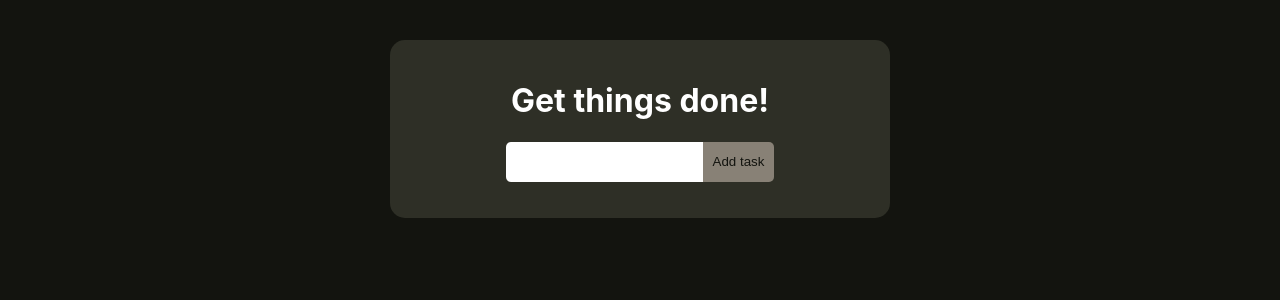
Repository: Karisya/ToDo
Page: /
An editor plug-in stored every save of this project. The page is shown before and after the next save, followed by the edit.
The browser window is 1280 px wide. The pictures show the whole page.
The project was rebuilt for these pictures with package versions that can differ from the ones it lists, and the page was loaded fresh each time.

Above is the page before, as saved 2023-10-20 16:45:02.

### src/App.js
import React, { useState } from "react";
import  {TodoList} from "./TodoList"
import { v4 as uuidv4 } from 'uuid';
import './App.css'
import { TodoInput } from "./TodoInput";

const App = () => {
  const [todo, setToDo] = useState('')
  const [todos, setToDos] = useState([])
  const [edit, setEdit] = useState(null)
  const [editingText, setEditingText] = useState('')
  const sendTodo = (event) => {
    setToDo(event.target.value)
  }
  const deleteToDo = (itemIndex) => {
    const newList = todos.filter((i,index) => itemIndex !== index)
    setToDos(newList)
  }
  const handleSubmit = (e) => {
    e.preventDefault();
    const newTodos = {
      key: uuidv4(),
      text: todo,
      isCompleted: false,
    }
    if (todo !== '')
      setToDos([...todos].concat(newTodos))
  }
  const completed = (id) => {
    const newTodos = [...todos].map(i => {
      if (i.key === id) {
        i.isCompleted = !i.isCompleted
      }
      return i
    })
    setToDos(newTodos)
  }
  const submitEdits=(id)=> {
    const updatedTodos = [...todos].map((todo) => {
      if (todo.key === id) {
        todo.text = editingText;
      }
      return todo;
    });
    setToDos(updatedTodos);
    setEdit(null);
  }
  const setValue = (e) => {
    setEditingText(e.target.value)
  }

  return (
    <div className="App">
      <div className="App__container">
        <div className="App__list-container list">
          <div className="list__content">
            <h1>Get things done!</h1>
            <TodoInput sendTodo={sendTodo} handleSubmit={handleSubmit}/>
            <TodoList todos={todos} deleteTodo={deleteToDo} completed={completed} edit={edit} setValue={setValue} setEdit={setEdit} submitEdits={submitEdits} editingText={editingText} />
          </div>
        </div>
      </div>
    </div>
  )
}

export default App

### src/TodoList.js
import { v4 as uuidv4 } from 'uuid';


export const TodoList = ({ todos, deleteTodo, completed, edit, setEdit, submitEdits, setValue, editingText }) => {



    return (
        <div className="list__todo-container" >
            <ul>{todos.map((i, index) =>
                <div key={i.key} className="todo-item">
                    {
                        edit === i.key ?
                            (<div className='editHolder'>
                                <input className='editInput' type='text' onChange={setValue} />
                                <div className='editButton' type='button' onClick={() => submitEdits(i.key)} >edit</div>
                            </div>) :
                            (<div key={i.key} className={i.isCompleted ? 'complete' : 'noComplete'} onClick={() => completed(i.key)}>{i.text}</div>)
                    }

                    <div className='todo-item__btn-container'>
                        <div >
                            {i.key === edit ? '' : (
                                <div className='todo-item__icons'>
                                    <div onClick={() => setEdit(i.key)}> <img className="iconEdit" src={require('./img/pencil.svg').default} /></div>
                                    <img className="iconDelete" onClick={() => deleteTodo(index)} src={require('./img/bin.svg').default} />
                                </div>
                            )}
                        </div>
                    </div>

                </div>)}
            </ul>
        </div>
    )
}

### src/App.css
body{
  background-color: #13140f;
  color:#ffffff;
}
ul{
  list-style: none;
}

.App__container{
  padding: 40px 20px;
  text-align: center;
}

.list{
  margin: 0 auto;
  background-color: #2e2f26;
  border-radius: 15px;
  max-width: 500px;
}
.list__content{
  padding: 20px ;
}
.list__input-conteiner input{
  border: none;
  padding: 0 10px;
  height: 40px;
  border:none;
  border-radius: 5px 0 0 5px;
}
.list__input-conteiner button{
  border: none;
 background: #888176;
 color:#13140f;
 padding: 0 10px;
 height: 40px;
 border-radius: 0 5px 5px 0;
}
.todo-item:not(:last-child){
  margin-bottom: 15px;
}

.todo-item{
  align-items: center;
  display: flex;
  justify-content: space-between;
  background-color: #bdb7ab;
  padding: 10px 20px;
  border-radius: 15px;
 color: #151613;
 font-weight: 600;
}

.todo-item button{
  border: 0;
  padding: 0;
  background-color: 0;
  color: none;
  border-radius: 15px;
}
.todo-item__icons img:not(:last-child){
}

.iconDelete{
  width: 20px;
}
.iconEdit{
  width: 20px;
}

ul div div{
  cursor: pointer;
}

.complete {
  text-decoration: line-through;
}

.todo-item__btn-container{
  display: flex;
}
.todo-item__icons{
  display: flex;
  gap: 20px;
}

.editHolder{
  width: 100%;
  display: flex;
}
.editInput{
  width: 100%;
  box-sizing: border-box;
  border: none;
    padding: 0 10px;
    height: 30px;
    align-items:center;
    border: none;
    border-radius: 5px 0 0 5px;
}

.editButton{
  min-width: 100px;
    border: none;
      background: #888176;
      color: #13140f;
      padding: 0 10px;
      height: 30px;
      border-radius: 0 5px 5px 0;
}

### src/TodoInput.js
export const TodoInput = ({ sendTodo,  handleSubmit }) => {
    return (
        <div className="list__input-conteiner">
            <form onSubmit={handleSubmit}>
                <input type='text' onChange={sendTodo} />
                <button type='submit'  >Add task</button>
            </form>
        </div>
    )
}

Loaded but not shown: public/index.html (common file); src/index.js (common file); src/index.css (common file); src/reportWebVitals.js (common file)

After the next save:
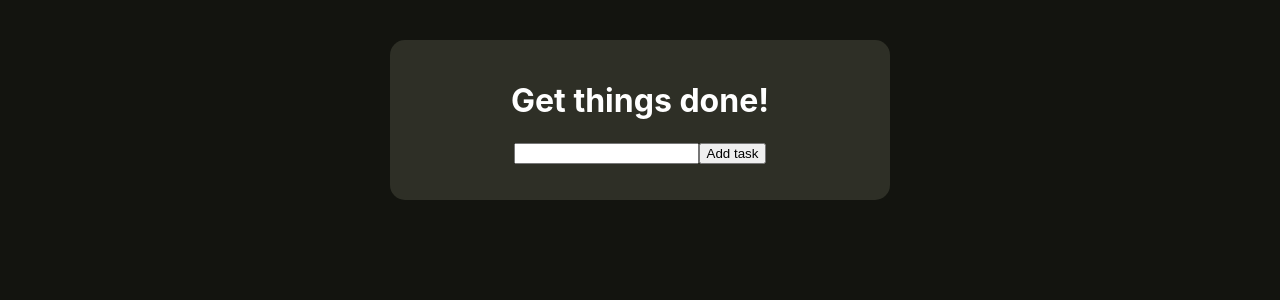
Saved 27 s later.
--- a/src/TodoInput.js
+++ b/src/TodoInput.js
@@ -1,6 +1,6 @@
 export const TodoInput = ({ sendTodo,  handleSubmit }) => {
     return (
-        <div className="list__input-conteiner">
+        <div className="list__input-container">
             <form onSubmit={handleSubmit}>
                 <input type='text' onChange={sendTodo} />
                 <button type='submit'  >Add task</button>

After the 2 saves that followed:
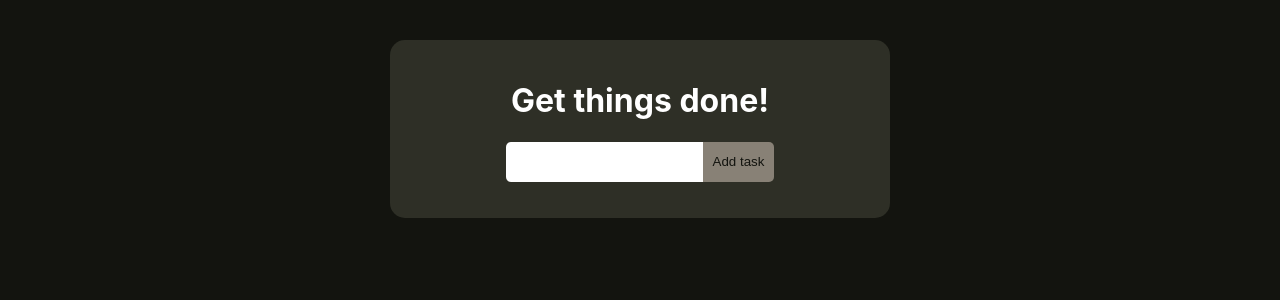
The 2 saves are shown as one change because they came seconds apart.
The last was saved 9 s later.
--- a/src/App.css
+++ b/src/App.css
@@ -20,14 +20,14 @@ ul{
 .list__content{
   padding: 20px ;
 }
-.list__input-conteiner input{
+.list__input-container input{
   border: none;
   padding: 0 10px;
   height: 40px;
   border:none;
   border-radius: 5px 0 0 5px;
 }
-.list__input-conteiner button{
+.list__input-container button{
   border: none;
  background: #888176;
  color:#13140f;
